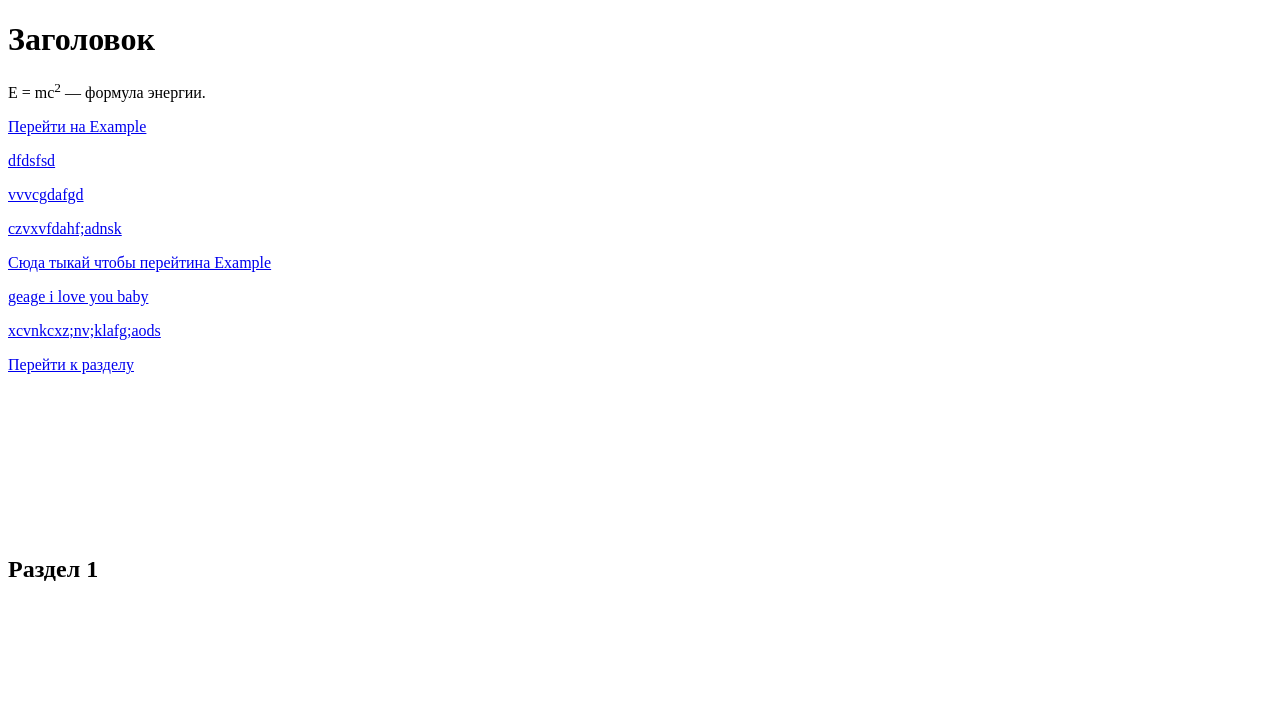
Repository: sannikovcode/exercises-a1
Page: JS/test1/task4/index.html
An editor plug-in stored every save of this project. The page is shown before and after the next save, followed by the edit.
The browser window is 1280 px wide. The pictures show the whole page.

Above is the page before, as saved 2025-10-16 16:05:39.

### JS/test1/task4/index.html
<!DOCTYPE html>
<html lang="en">

<head>
    <meta charset="UTF-8">
    <meta name="viewport" content="width=device-width, initial-scale=1.0">
    <title>88</title>
</head>

<body>
    <h1>Заголовок</h1>

    <p>E = mc<sup>2</sup> — формула энергии.</p>



    <p><a href="https://example.com">Перейти на Example</a></p>






    <p><a href="https://example.com">dfdsfsd</a></p>


    <p><a href="https://example.com">vvvcgdafgd</a></p>


    <p><a href="https://example.com">czvxvfdahf;adnsk</a></p>

    <p><a href="https://example.com"></a></p>

    <p><a href="https://example.com">Сюда тыкай чтобы перейтина Example</a></p>


    <p><a href="https://example.com">geage i love you baby</a></p>


    <p><a href="https://example.com">xcvnkcxz;nv;klafg;aods</a></p>


    <a href="#section1">Перейти к разделу</a>

    <br>
    <br>
    <br>
    <br>
    <br>
    <br>
    <br>
    <br>
    <br>
    <br>



    <h2 id="section1">Раздел 1</h2>























</body>

</html>

After the next save:
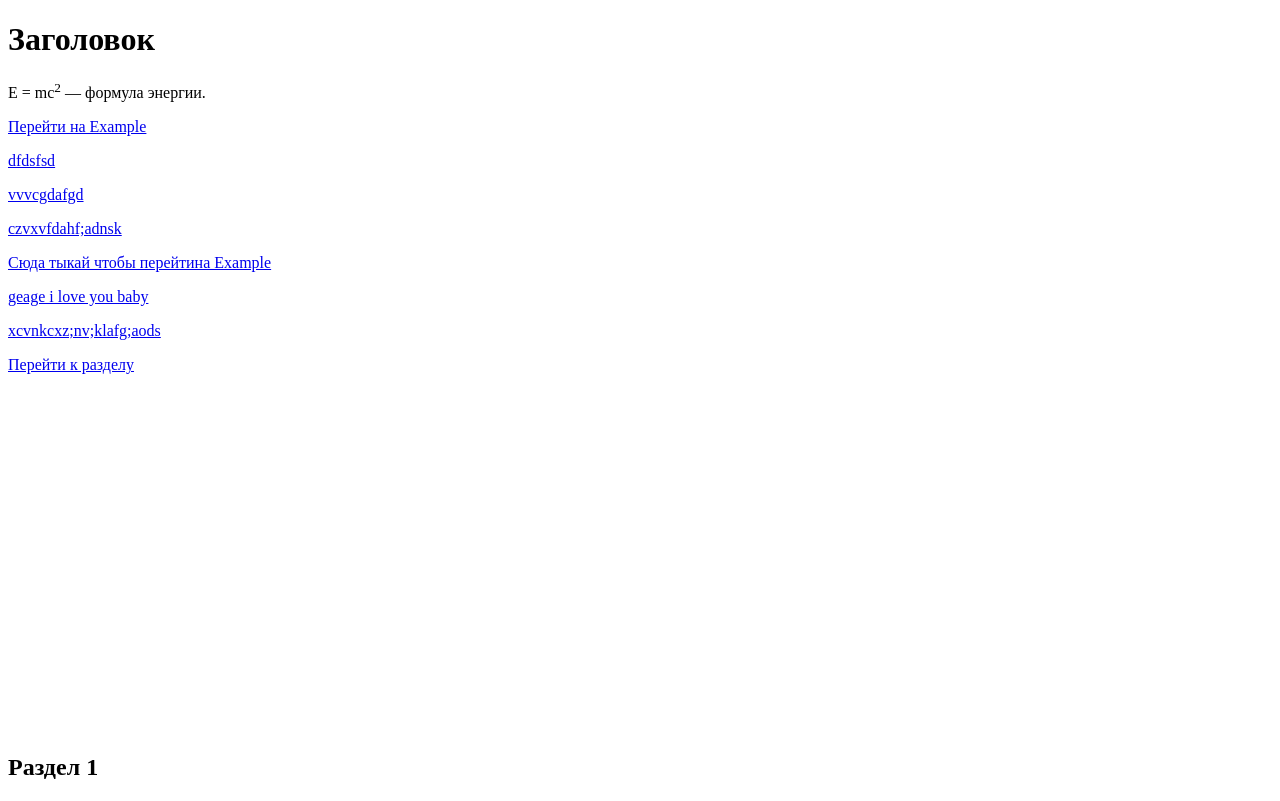
Saved 5 s later.
--- a/JS/test1/task4/index.html
+++ b/JS/test1/task4/index.html
@@ -53,6 +53,20 @@
     <br>
     <br>
 
+    <br>
+    <br>
+
+    <br>
+    <br>
+
+    <br>
+    <br>
+    <br>
+    <br>
+    <br>
+    <br>
+    <br>
+
 
 
     <h2 id="section1">Раздел 1</h2>
